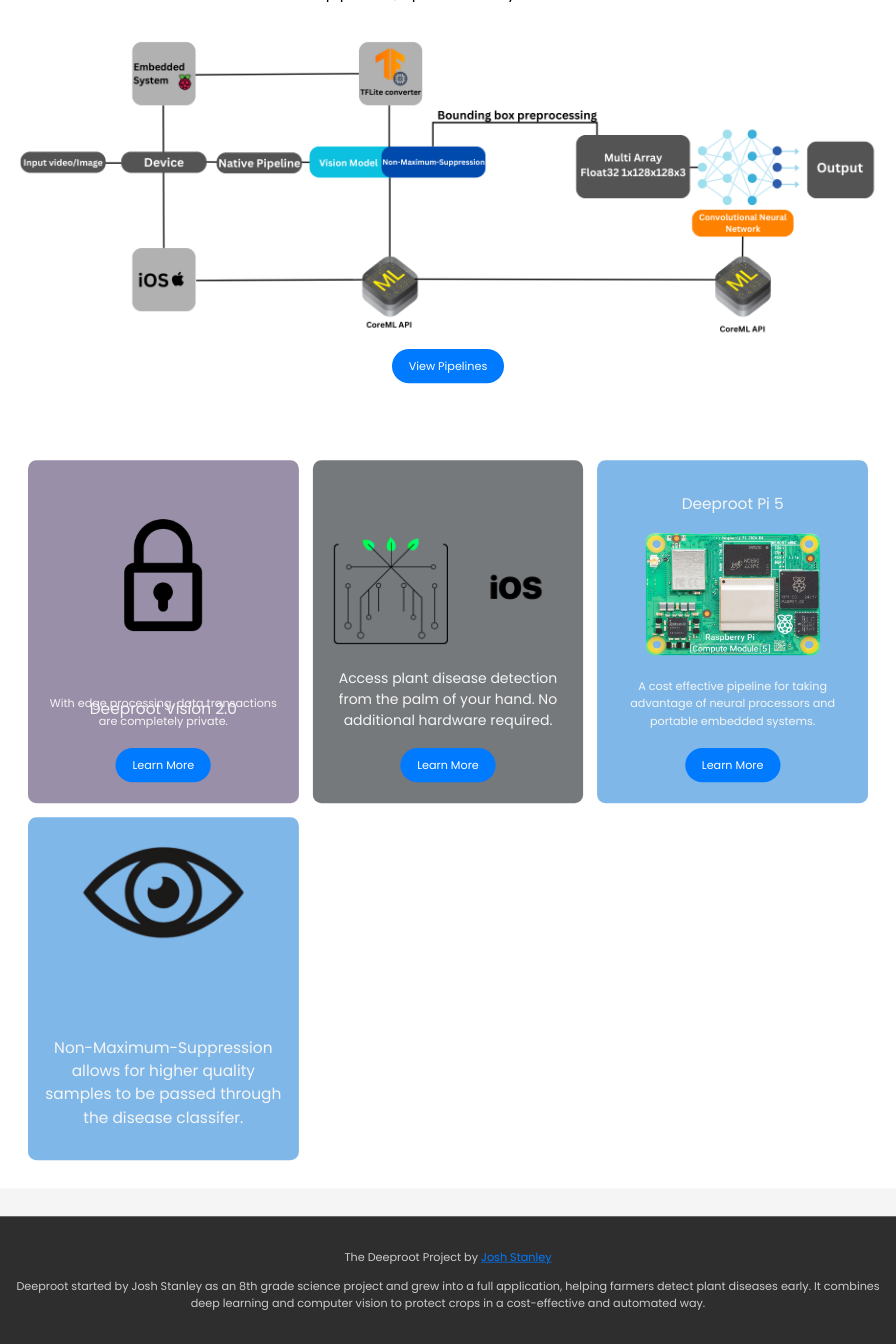
Repository: jss1118/The-Deeproot-Project
Page: Website/index.html
These files come from the project's save history. The page is drawn as it stood at one moment and after the next save; the edit follows.
The browser window is 1280 px wide. The pictures show the part of the page from y = 1292 to 3212 px (the page is 3212 px tall), at 70% of full size.

Above is the page before, as saved 2025-03-22 06:19:38.

After the next save:
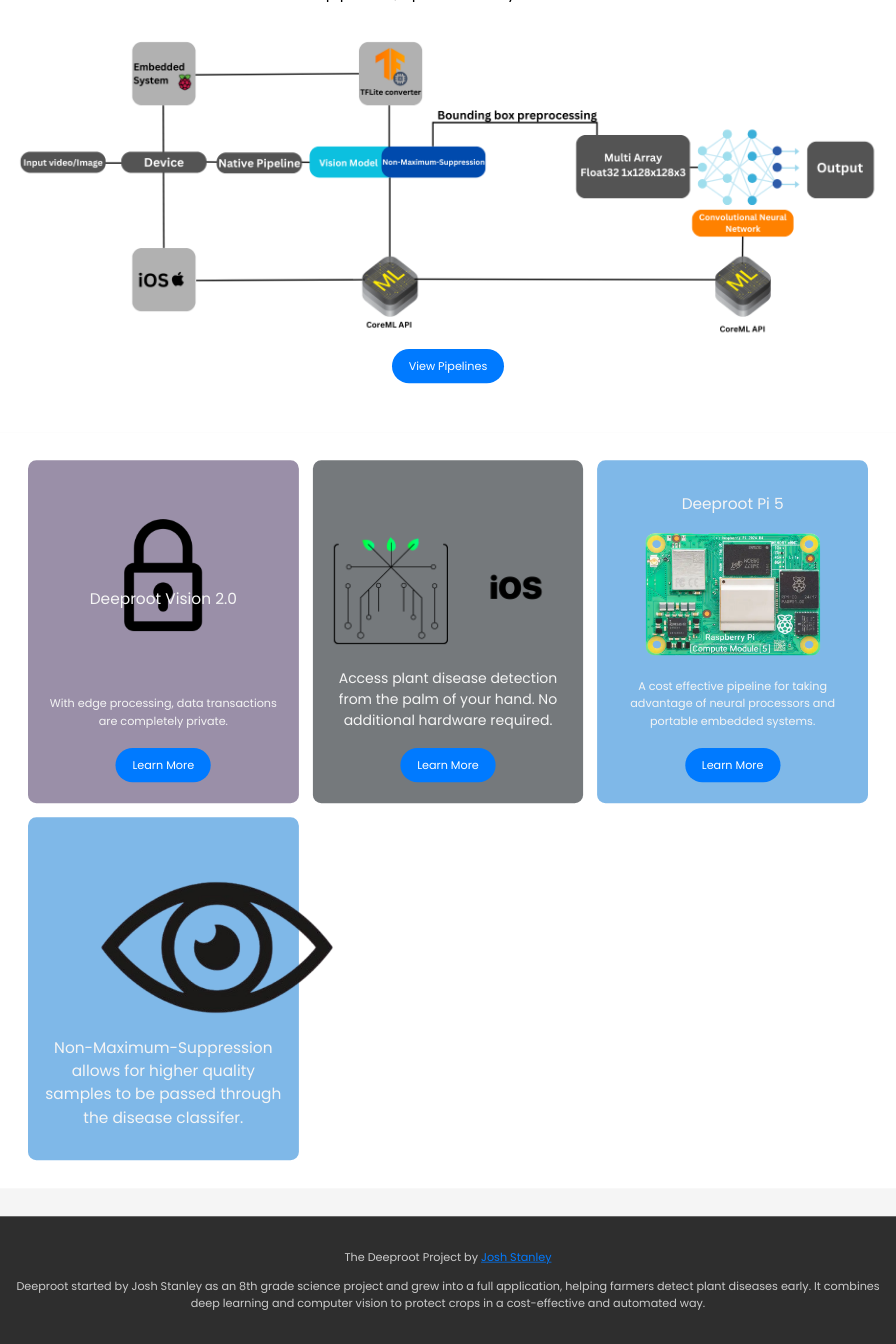
Saved 3 min 41 s later.
--- a/Website/index.html
+++ b/Website/index.html
@@ -200,8 +200,11 @@
     }
     .promo4 img {
       position: relative;
-      top: 1000;
-    }
+      top: 160px;
+      display: block;
+      margin: 0 auto 15px auto;
+}
+
 
     footer {
       background-color: #2e2e2e;
